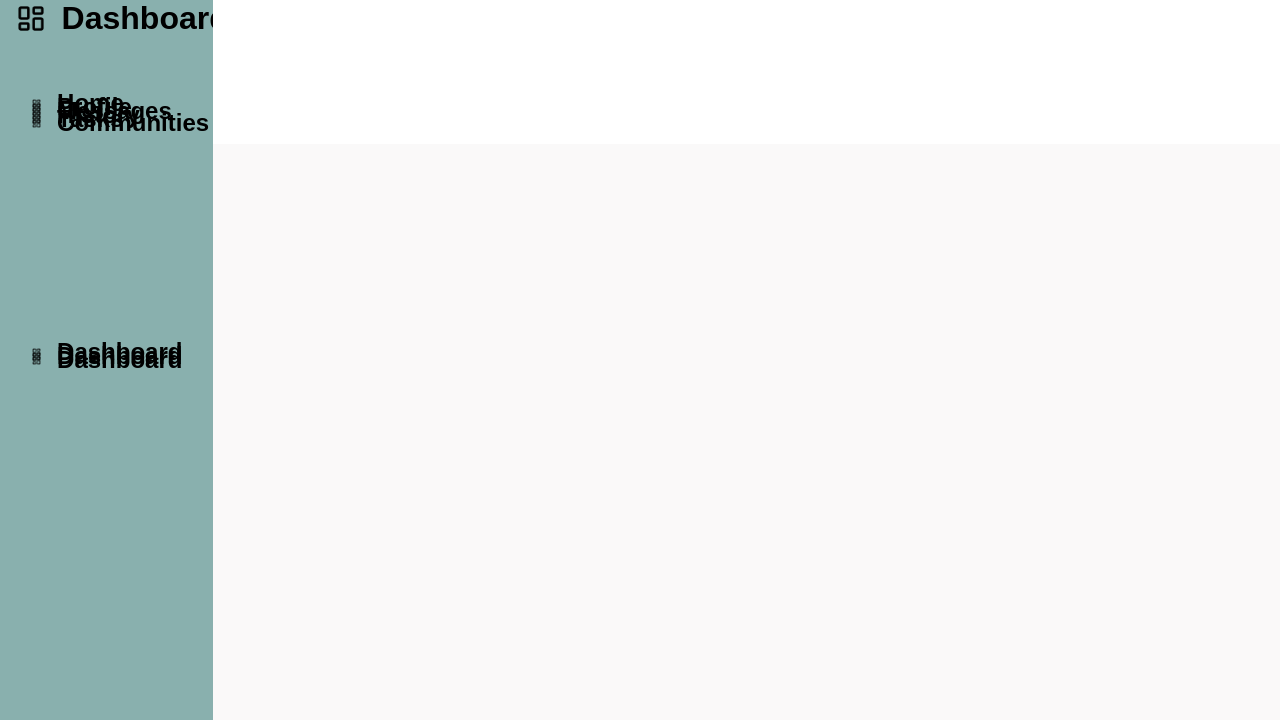
Repository: yeetzpxoci/dashboard
Page: index.html
These files come from the project's save history. The page is drawn as it stood at one moment and after the next save; the edit follows.
The browser window is 1280 px wide. The pictures show the whole page.

Above is the page before, as saved 2023-02-17 19:22:48.

### index.html
<!DOCTYPE html>
<html lang="en">
<head>
    <meta charset="UTF-8">
    <meta http-equiv="X-UA-Compatible" content="IE=edge">
    <meta name="viewport" content="width=device-width, initial-scale=1.0">
    <link rel="stylesheet" type="text/css" href="styles.css" />
    <title>Dashboard</title>
</head>
<body>
    <div class="sidebar">
        <div class="logo">
            <img src="dashboard-layout.png">
            <p>Dashboard</p>
        </div>

        <div class="icon-container1">
            <div class="icon">
                <img src="dashboard-layout.png">
                <p>Home</p>
            </div>

            <div class="icon">
                <img src="dashboard-layout.png">
                <p>Profile</p>
            </div>

            <div class="icon">
                <img src="dashboard-layout.png">
                <p>Messages</p>
            </div>

            <div class="icon">
                <img src="dashboard-layout.png">
                <p>History</p>
            </div>

            <div class="icon">
                <img src="dashboard-layout.png">
                <p>Tasks</p>
            </div>

            <div class="icon">
                <img src="dashboard-layout.png">
                <p>Communities</p>
            </div>
        </div>

        <div class="icon-container2">
            <div class="icon">
                <img src="dashboard-layout.png">
                <p>Dashboard</p>
            </div>

            <div class="icon">
                <img src="dashboard-layout.png">
                <p>Dashboard</p>
            </div>

            <div class="icon">
                <img src="dashboard-layout.png">
                <p>Dashboard</p>
            </div>
        </div>
    </div>

    <div class="header">

    </div>

    <div class="main-content">

    </div>
</body>
</html>

### styles.css
* {
    margin: 0;
    padding: 0;
    border: 0;
    outline: 0;
    font-size: 100%;
    vertical-align: baseline;
    background: transparent;
}

body {
    min-height: 100vh;
    display: grid;
    grid-template-columns: 1fr 5fr;
    grid-template-rows: 1fr 4fr;
    font-family: Arial, Helvetica, sans-serif;
}

.sidebar {
    background-color: #89B0AE;
    grid-column: 1 / 2;
    grid-row: 1 / 3;
    display: grid;
    grid-template-rows: 0.75fr 2fr 1fr 2fr;
    padding-left: 16px;
    gap: 32px;
}

.icon-container1 {
    display: flex;
    flex-direction: column;
}

.icon-container2 {
    display: flex;
    flex-direction: column;
}

.logo, .icon {
    display: flex;
    align-items: center;
    font-weight: bold;
    gap: 16px;
}

.logo {
    font-size: 32px;
    align-self: baseline;
}

.icon {
    margin-top: -24px;
    font-size: 24px;
    margin-left: 16px;
}

.logo img {
    width: 15%;
}

.icon img {
    width: 5%;
}

.header {
    background-color: white;
    grid-column: 2 / 3;
    grid-row: 1 / 2;
}

.main-content {
    background-color: #FAF9F9;
    grid-column: 2 / 3;
    grid-row: 2 / 3;
}

After the next save:
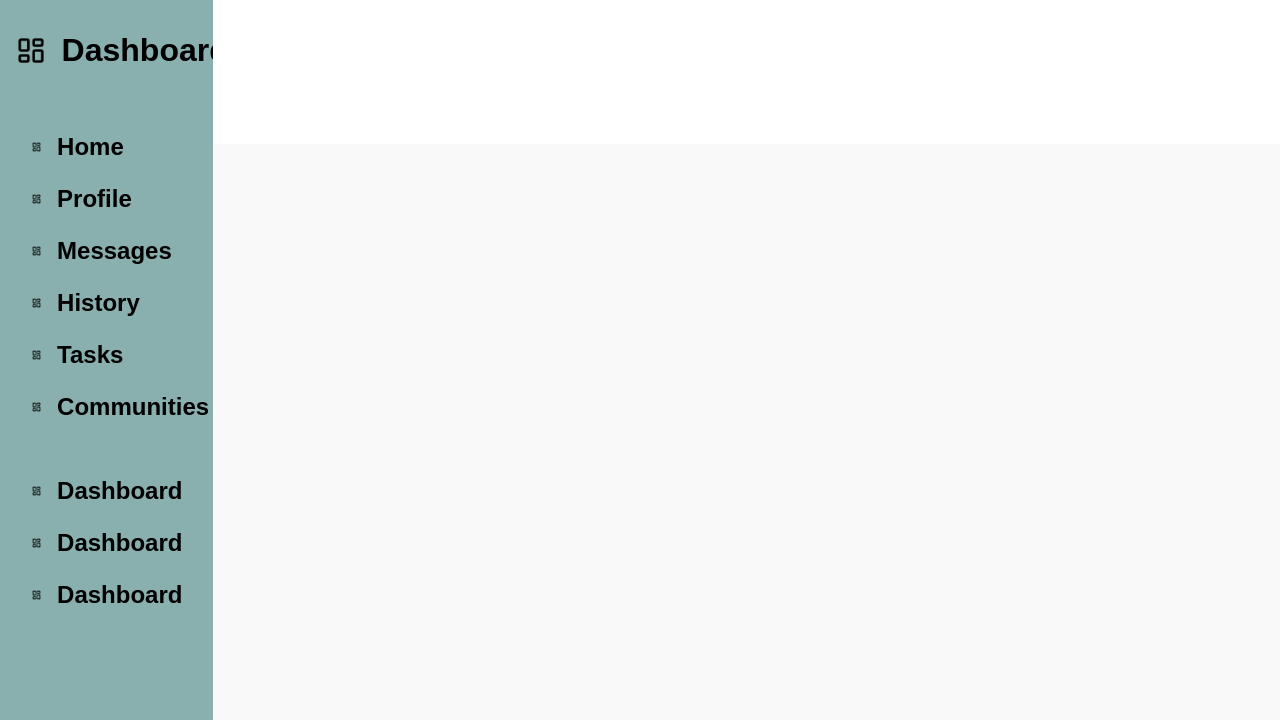
Saved 19 s later.
--- a/styles.css
+++ b/styles.css
@@ -1,11 +1,8 @@
-* {
+html,
+body {
     margin: 0;
     padding: 0;
-    border: 0;
-    outline: 0;
-    font-size: 100%;
-    vertical-align: baseline;
-    background: transparent;
+    height: 100%;
 }
 
 body {
